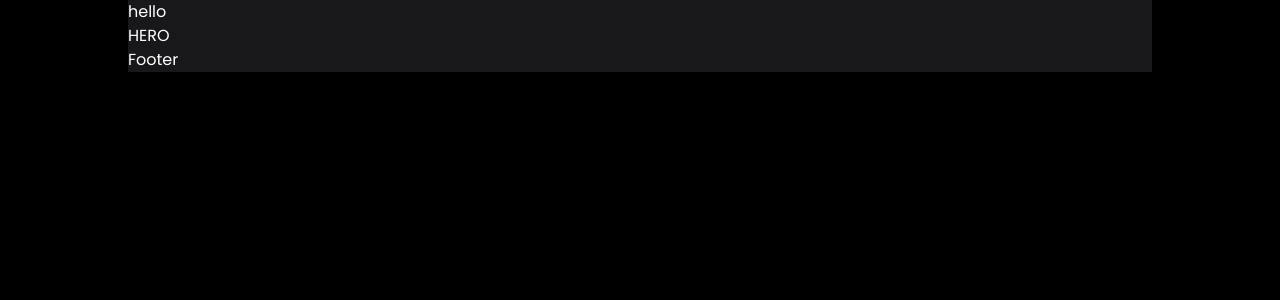
Repository: Wafaabahgat/Portfolio
Page: /
An editor plug-in stored every save of this project. The page is shown before and after a run of saves, followed by the edit.
The browser window is 1280 px wide. The pictures show the whole page.
The project was rebuilt for these pictures with package versions that can differ from the ones it lists, and the page was loaded fresh each time. Also part of the build but not shown: vite.config.ts, src/App.css, src/ErrorPage.tsx.

Above is the page before, as saved 2023-12-07 02:36:13.

After the next 4 saves:
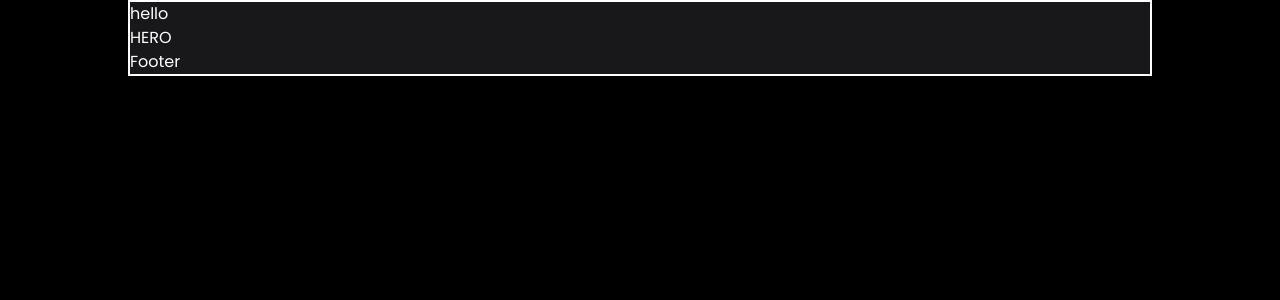
The 4 saves are shown as one change because they came seconds apart.
The last was saved 12 s later.
--- a/src/index.css
+++ b/src/index.css
@@ -30,5 +30,5 @@ html {
   margin-left: auto;
   margin-right: auto;
   background-color: var(--secondary);
-  border:
+  border:2px solid
 }
